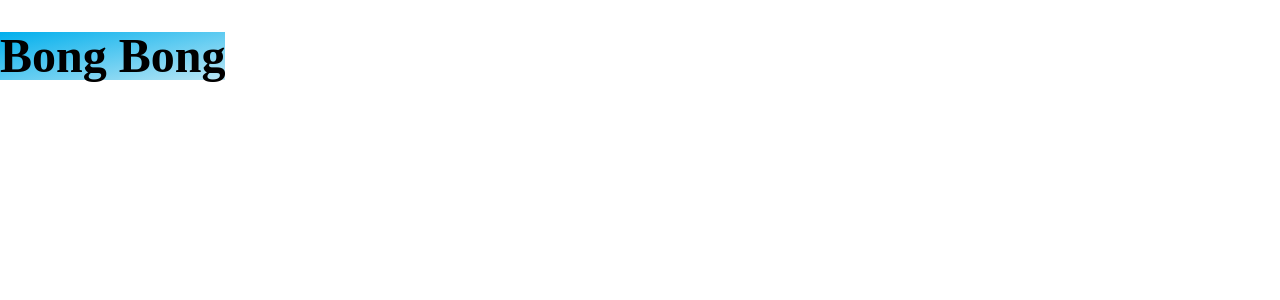
Repository: ThanhPhongsof/Css-Course
Page: index.html
The author's editor kept a copy of each file at every save. The page is drawn from the files as they stood at one save, then again after the next save.
The browser window is 1280 px wide. The pictures show the whole page.

Above is the page before, as saved 2022-05-15 11:17:50.

### index.html
<!DOCTYPE html>
<html lang="en">
  <head>
    <meta charset="UTF-8" />
    <meta http-equiv="X-UA-Compatible" content="IE=edge" />
    <meta name="viewport" content="width=device-width, initial-scale=1.0" />
    <title>Document</title>
    <link rel="stylesheet" href="./reset.css" />
    <link rel="stylesheet" href="./styles.css" />
  </head>
  <body>
    <div class="boxed">
      <h1 class="title">Bong Bong</h1>
    </div>
  </body>
</html>

### styles.css
.boxed {
  width: 20rem;
  height: 20rem;
  /* background-image: linear-gradient(to right bottom, #00afed, #bae6f5); */
}

.title {
  display: inline-block;
  font-size: 3rem;
  text-align: center;
  font-weight: bold;
  margin-top: 2rem;
  background-image: linear-gradient(to right bottom, #00afed, #bae6f5);
}

Loaded but not shown: reset.css (common file)

After the next save:
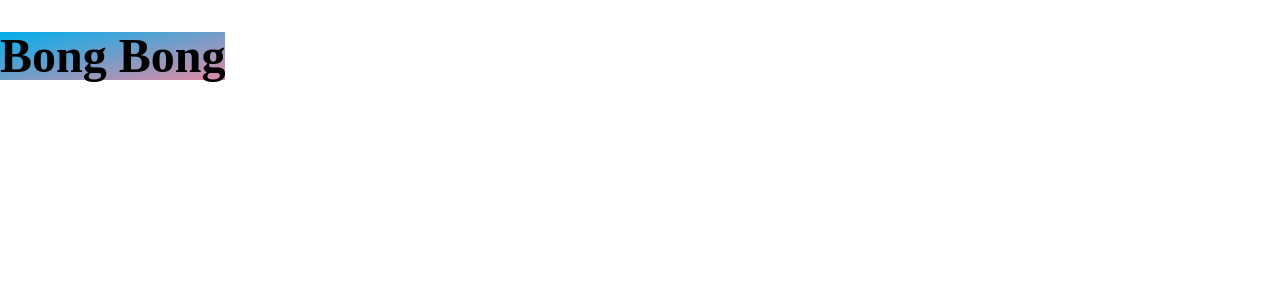
Saved 13 s later.
--- a/styles.css
+++ b/styles.css
@@ -10,5 +10,5 @@
   text-align: center;
   font-weight: bold;
   margin-top: 2rem;
-  background-image: linear-gradient(to right bottom, #00afed, #bae6f5);
+  background-image: linear-gradient(to right bottom, #00afed, #e28ba5);
 }
